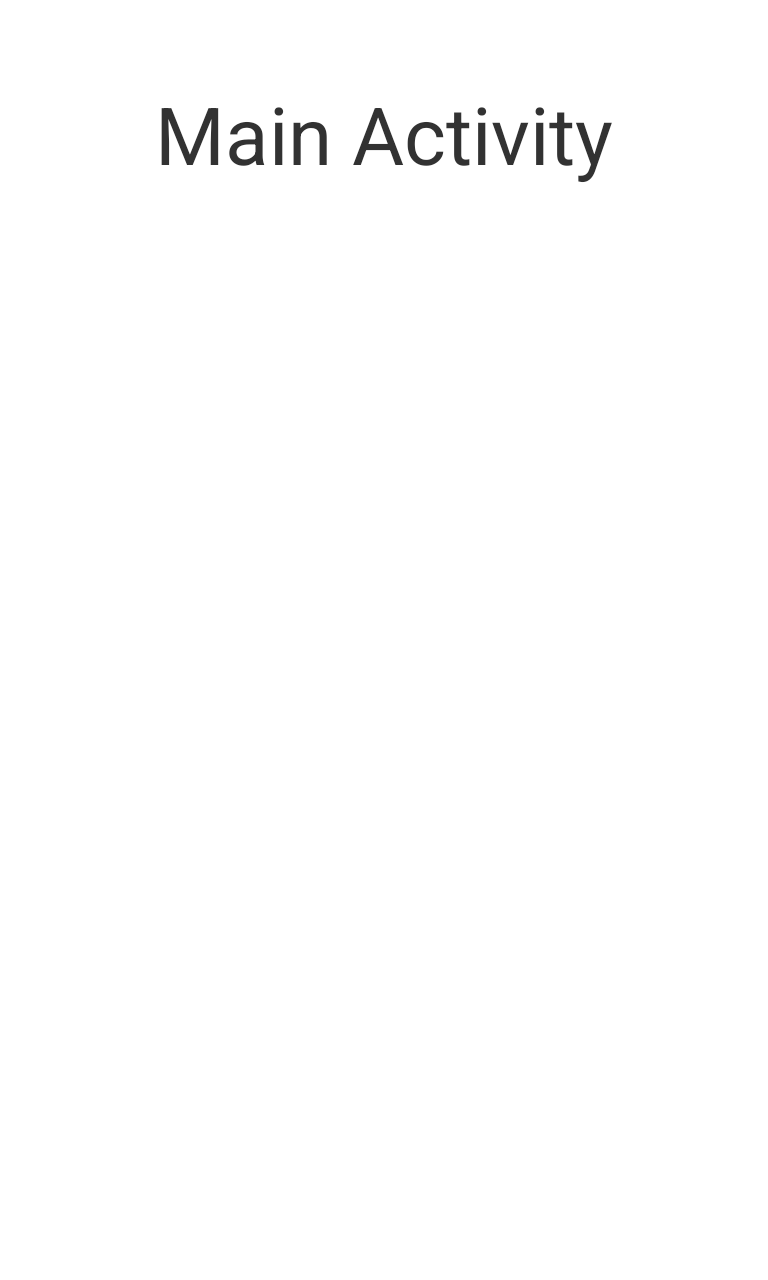
Repository: CiLiNet-Android/courseware
Layout: Android数据存储/文件数据存储/SourceCodes/InternalFileIODemo/res/layout/activity_main.xml
The author's editor kept a copy of each file at every save. The layout is drawn from the files as they stood at one save, then again after the next save.
It is drawn on a 768 x 1280 px phone screen (xhdpi) without system bars, with theme AppTheme; the app's code is not run.

Above is the layout before, as saved 2014-01-02 01:41:39.

### Android数据存储/文件数据存储/SourceCodes/InternalFileIODemo/res/layout/activity_main.xml
<?xml version="1.0" encoding="utf-8"?>
<LinearLayout xmlns:android="http://schemas.android.com/apk/res/android"
    android:layout_width="match_parent"
    android:layout_height="match_parent"
    android:orientation="vertical" >

    <TextView
        android:layout_width="match_parent"
        android:layout_height="wrap_content"
        android:layout_marginTop="40dp"
        android:gravity="center_horizontal"
        android:text="Main Activity"
        android:textSize="40sp"/>

    <TextView
        android:layout_width="match_parent"
        android:layout_height="wrap_content"
        android:layout_marginTop="50dp"/>

</LinearLayout>

Loaded but not shown: Android数据存储/文件数据存储/SourceCodes/InternalFileIODemo/res/values/styles.xml (common file)

After the next save:
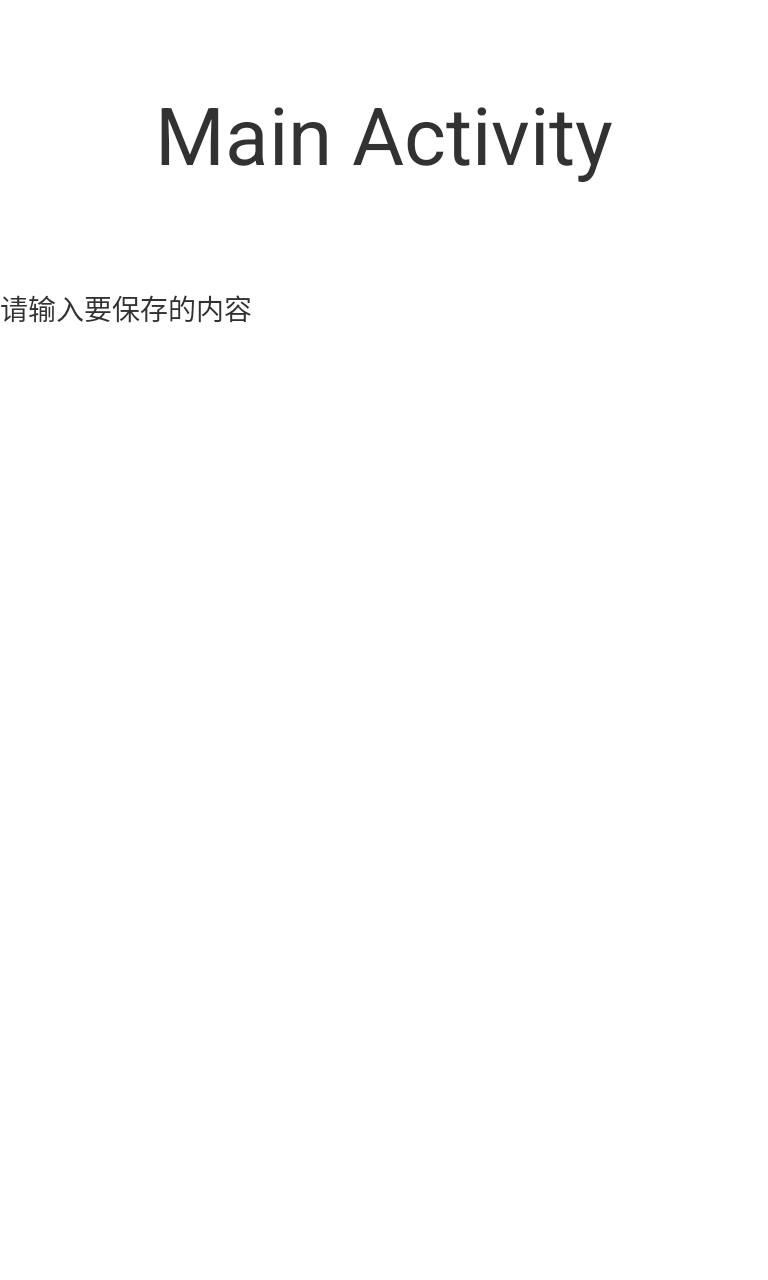
Saved 24 s later.
--- a/Android数据存储/文件数据存储/SourceCodes/InternalFileIODemo/res/layout/activity_main.xml
+++ b/Android数据存储/文件数据存储/SourceCodes/InternalFileIODemo/res/layout/activity_main.xml
@@ -15,6 +15,7 @@
     <TextView
         android:layout_width="match_parent"
         android:layout_height="wrap_content"
-        android:layout_marginTop="50dp"/>
+        android:layout_marginTop="50dp"
+        android:text="请输入要保存的内容"/>
 
 </LinearLayout>
